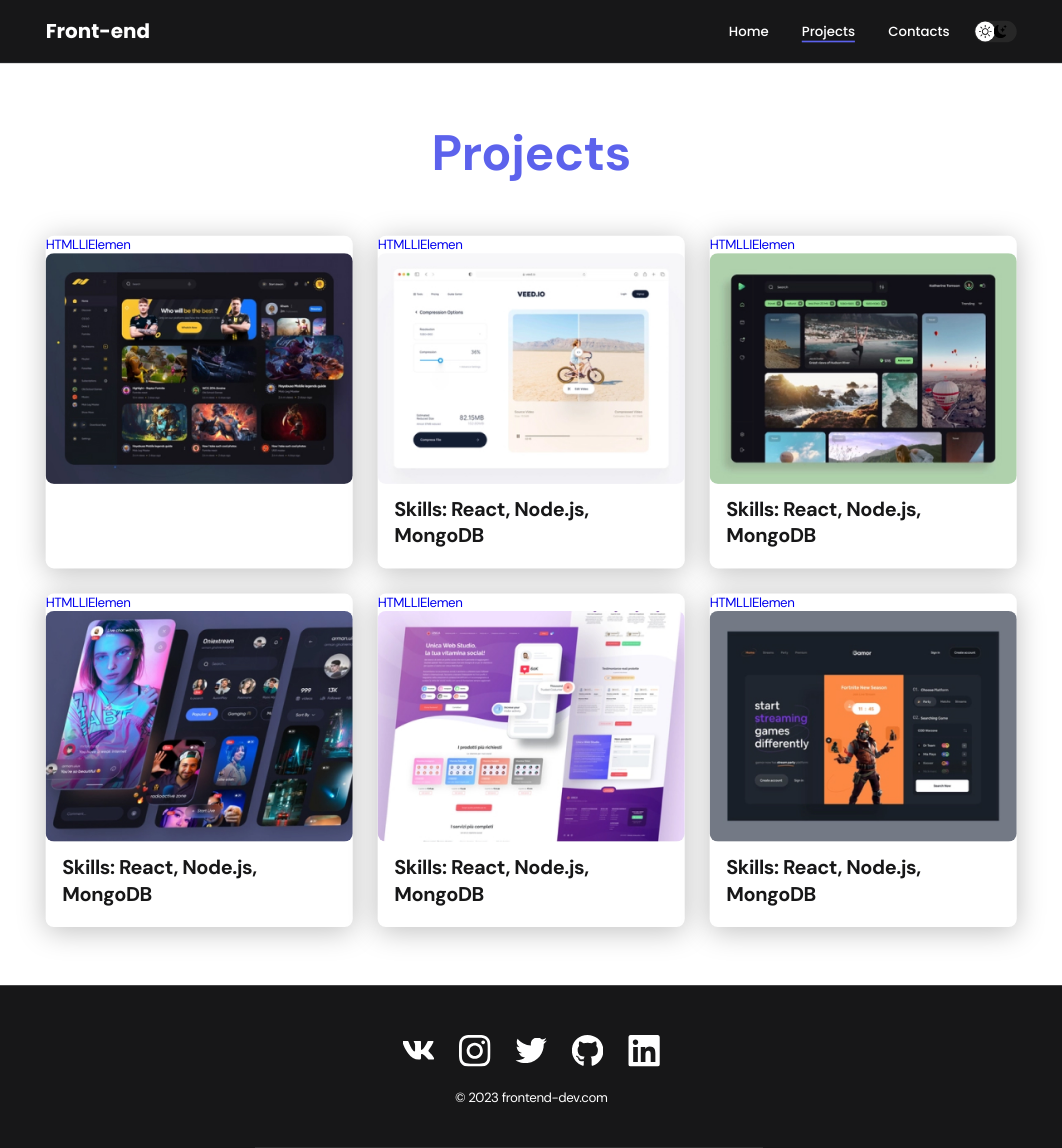
Repository: Azimich/profile
Page: /projects
An editor plug-in stored every save of this project. The page is shown before and after the next save, followed by the edit.
The browser window is 1280 px wide. The pictures show the whole page, at 83% of full size.
The project was rebuilt for these pictures with package versions that can differ from the ones it lists, and the page was loaded fresh each time. Also part of the build but not shown: src/components/mainContacts/MainContacts.css, src/components/mainContacts/MockData.ts, src/components/mainContacts/MainContacts.tsx, src/pages/Contacts.tsx, src/components/button/Button.css, src/components/button/Button.tsx, src/components/header/Header.css, src/components/header/Header.tsx and 9 more.

Above is the page before, as saved 2023-01-31 22:22:24.

After the next save:
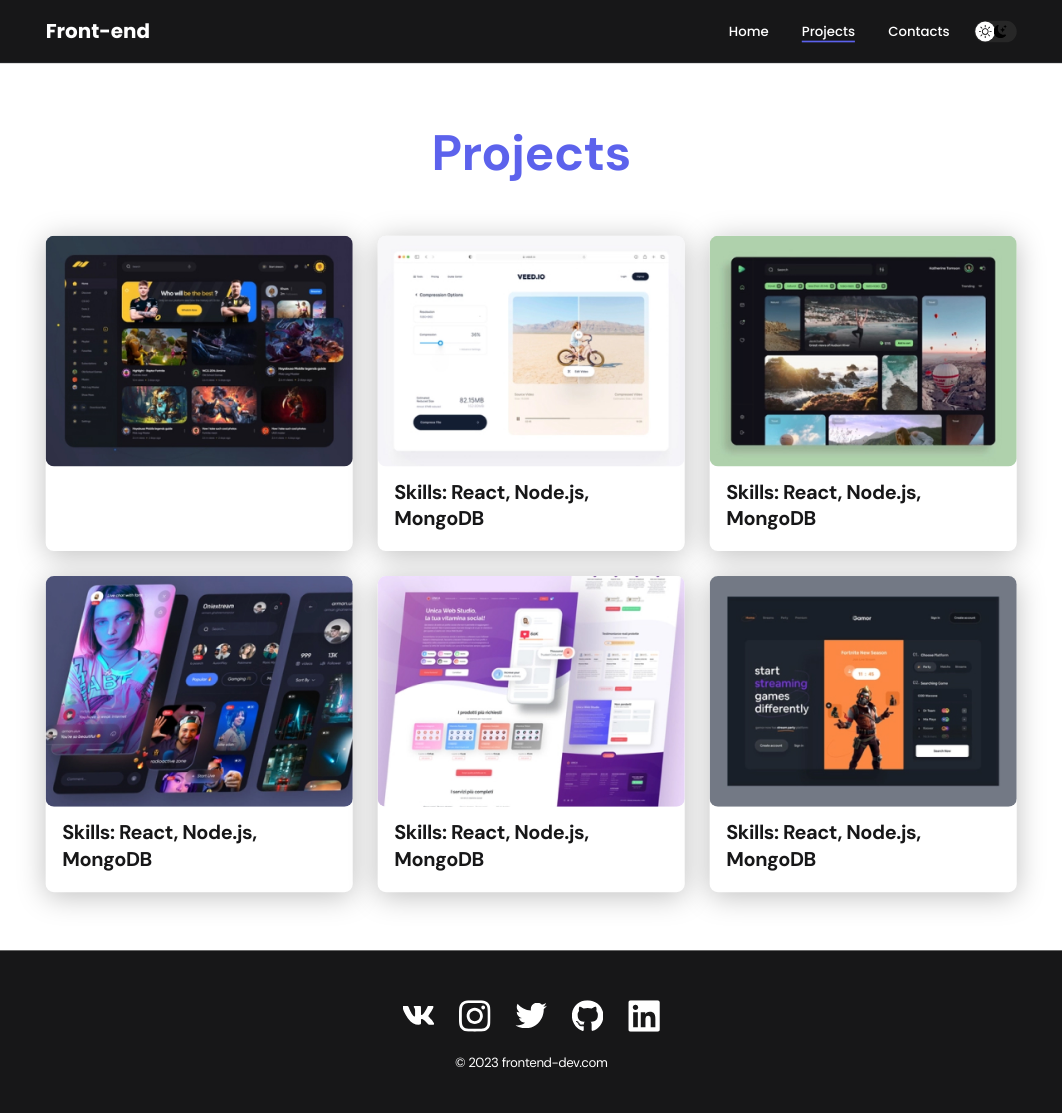
Saved 54 s later.
--- a/src/components/mainProjects/MainProjects.tsx
+++ b/src/components/mainProjects/MainProjects.tsx
@@ -15,7 +15,6 @@ const MainProjects: FC<IMainProjects> = ({ img, desc }) => {
   return (
     <li className="project">
       <a href="./project-page.html">
-        HTMLLIElemen
         <img src={img} alt={desc} className="project__img" />
         <h3 className="project__title">{desc}</h3>
       </a>
